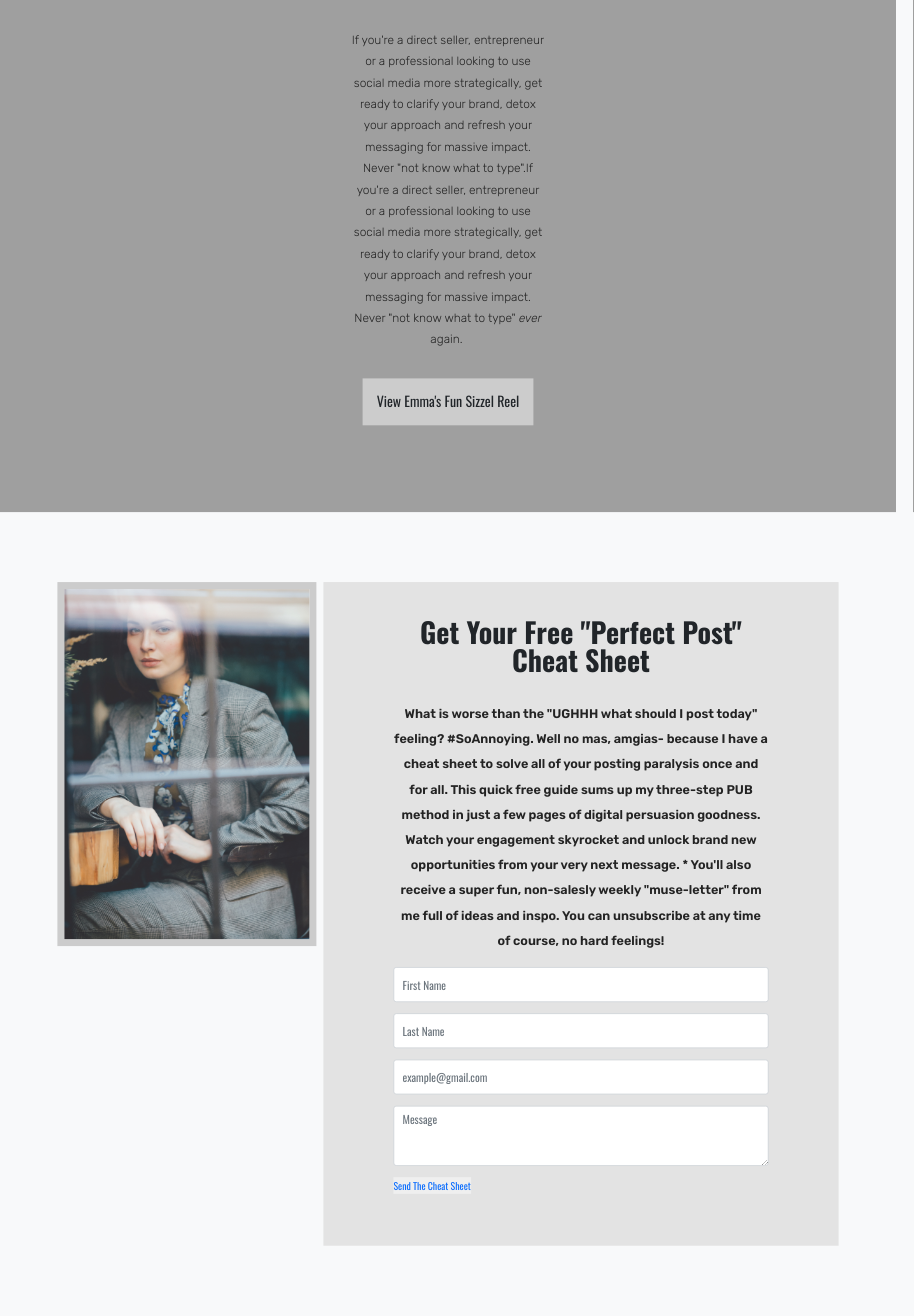
Repository: poroshrahman40/emma-watson-portfolio
Page: index.html
The author's editor kept a copy of each file at every save. The page is drawn from the files as they stood at one save, then again after a run of saves.
The browser window is 1280 px wide. The page is 1305 px wide, so the pictures cover 1305 px, including what lies to the right of the window. The pictures show the part of the page from y = 3661 to 5541 px (the page is 5541 px tall), at 70% of full size.
Some web fonts or font styles are not loaded; a fallback is used.

Above is the page before, as saved 2021-12-06 18:17:51.

After the next 6 saves:
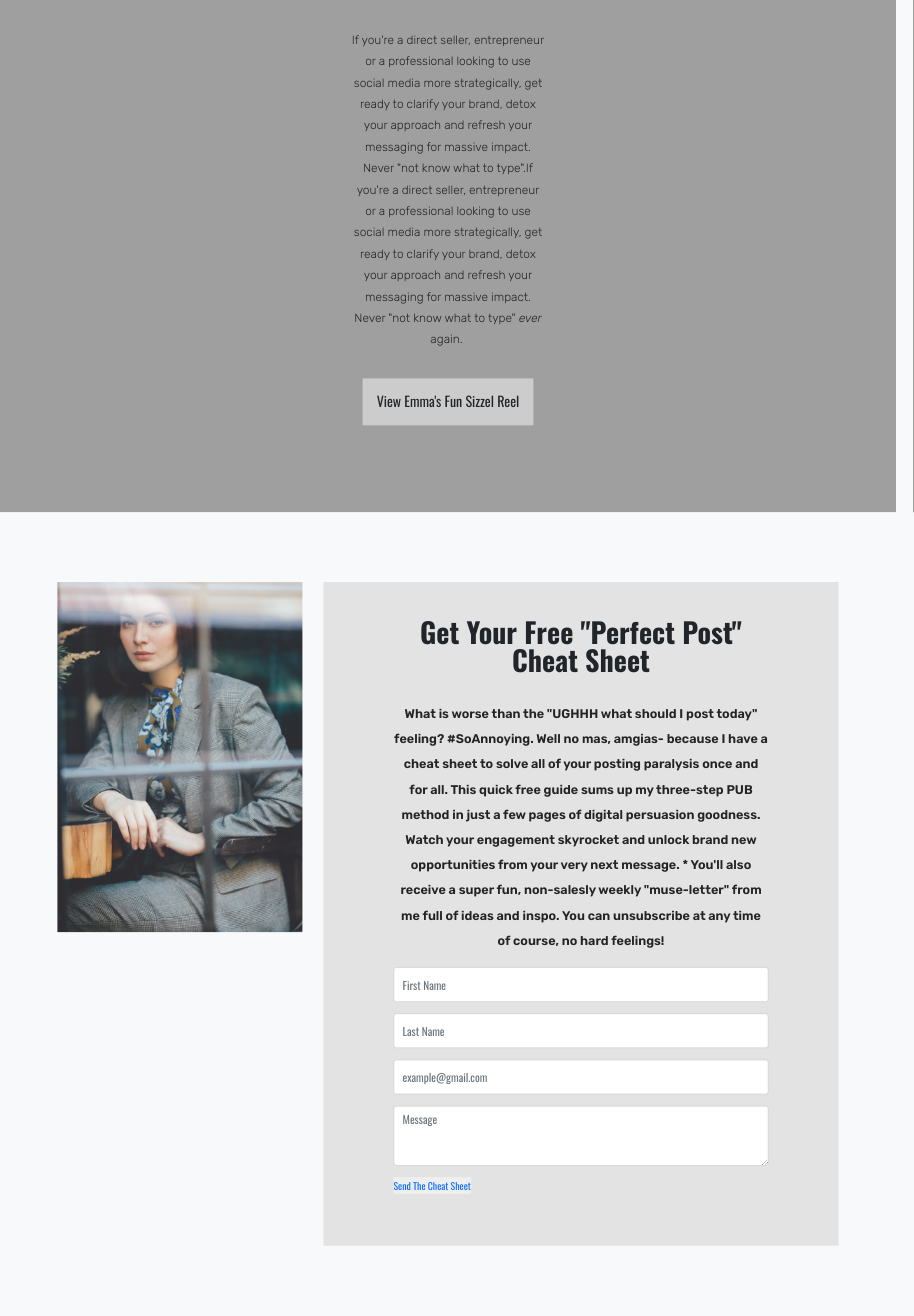
The 6 saves are shown as one change because they came seconds apart.
The last was saved 48 s later.
--- a/index.html
+++ b/index.html
@@ -242,7 +242,7 @@
     <div class="container">
         <div class="row">
             <div class="col-lg-4">
-                <div class="ew-cheet-seet">
+                <div class="ew-cheat-sheet-image">
                     <img src="assets/image/cheet-seet-side-image.png" alt="image-not-found">
                 </div>
             </div>
